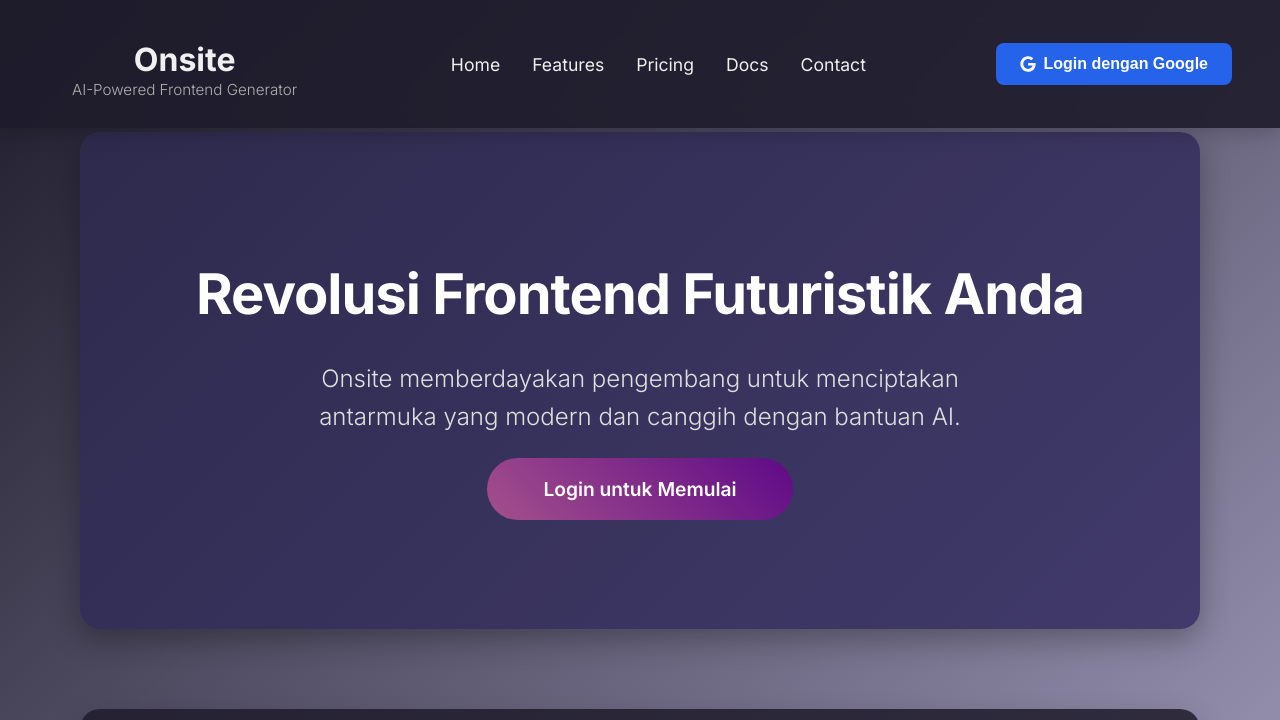
Repository: arifsoul/onsite
Page: / (app in onsite/)
The author's editor kept a copy of each file at every save. The page is drawn from the files as they stood at one save, then again after the next save.
The browser window is 1280 px wide. The pictures show the whole page.
An inner scrolling area shows only its first screen. The project was rebuilt for these pictures with package versions that can differ from the ones it lists, and the page was loaded fresh each time. Also part of the build but not shown: onsite/vite.config.js, onsite/src/components/Editor/CSSPanel.jsx, onsite/src/components/Editor/JSPanel.jsx, onsite/src/components/Editor/ComponentEditor.css, onsite/src/components/Editor/ComponentEditor.jsx, onsite/src/components/Preview/LivePreview.css, onsite/src/components/Preview/LivePreview.jsx, onsite/src/pages/Editor.css and 3 more.

Above is the page before, as saved 2025-04-14 17:57:50.

After the next save:
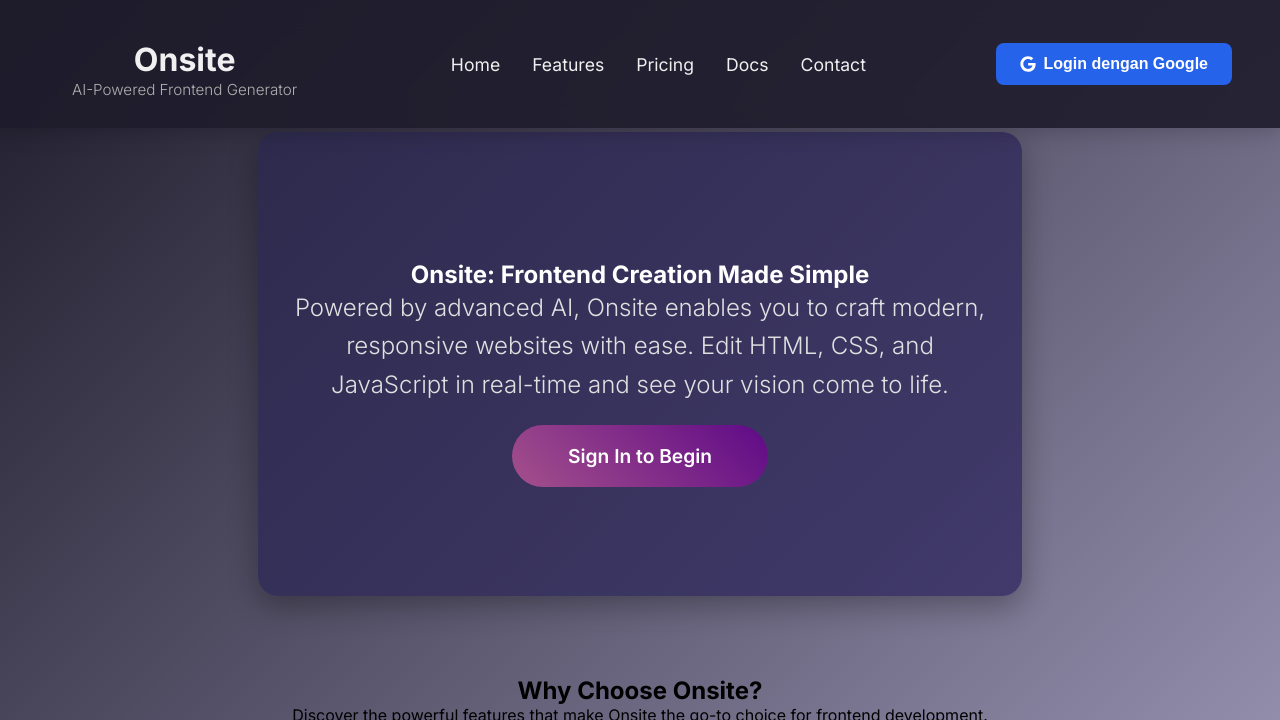
Saved 4 min 11 s later.
--- a/onsite/src/pages/Home.jsx
+++ b/onsite/src/pages/Home.jsx
@@ -7,7 +7,7 @@
 const Home = () => {
   const { isAuthenticated } = useAuth0();
   const [htmlCode, setHtmlCode] = useState('<h1>Hello World</h1>');
-  const [cssCode, setCssCode] = useState('h1 { color: #1e40af; }');
+  const [cssCode, setCssCode] = useState('h1 { color: #ffffff; }');
   const [jsCode, setJsCode] = useState('console.log("Hello World");');
   const [activeTab, setActiveTab] = useState('html');
 
@@ -43,26 +43,50 @@
       </header>
       <main className="home-main">
         <section className="hero-section">
-          <h2>Revolusi Frontend Futuristik Anda</h2>
+          <h1>Onsite: Frontend Creation Made Simple</h1>
           <p>
-            Onsite memberdayakan pengembang untuk menciptakan antarmuka yang modern dan canggih dengan bantuan AI.
+            Powered by advanced AI, Onsite enables you to craft modern, responsive websites with ease. Edit HTML, CSS, and JavaScript in real-time and see your vision come to life.
           </p>
           <Link to={isAuthenticated ? '/editor' : '/login'} className="hero-cta">
-            {isAuthenticated ? 'Mulai Mengedit Sekarang' : 'Login untuk Memulai'}
+            {isAuthenticated ? 'Start Building Now' : 'Sign In to Begin'}
           </Link>
         </section>
-        <section className="description-section">
-          <h2>Kenapa Memilih Onsite?</h2>
-          <p>
-            Dengan menggabungkan kecerdasan buatan dengan teknologi frontend terkini, Onsite menghadirkan solusi responsif dan profesional untuk kebutuhan bisnis Anda.
-          </p>
-          <ul>
-            <li>Generasi kode cepat dan akurat.</li>
-            <li>Edit komponen secara visual dengan antarmuka futuristik.</li>
-            <li>Integrasi yang mulus dengan proyek Anda.</li>
+        <section className="feature-section">
+          <div className="feature-header">
+            <h2>Why Choose Onsite?</h2>
+            <p>Discover the powerful features that make Onsite the go-to choice for frontend development.</p>
+          </div>
+          <ul className="feature-list">
+            <li className="feature-card">
+              <svg xmlns="http://www.w3.org/2000/svg" width="24" height="24" viewBox="0 0 24 24" fill="none" stroke="currentColor" strokeWidth="2" strokeLinecap="round" strokeLinejoin="round" className="feature-icon">
+                <path d="M4 14a1 1 0 0 1-.78-1.63l9.9-10.2a.5.5 0 0 1 .86.46l-1.92 6.02A1 1 0 0 0 13 10h7a1 1 0 0 1 .78 1.63l-9.9 10.2a.5.5 0 0 1-.86-.46l1.92-6.02A1 1 0 0 0 11 14z" />
+              </svg>
+              <h3>Real-Time Editing</h3>
+              <p>Modify HTML, CSS, and JavaScript with instant previews to see changes as you code.</p>
+            </li>
+            <li className="feature-card">
+              <svg xmlns="http://www.w3.org/2000/svg" width="24" height="24" viewBox="0 0 24 24" fill="none" stroke="currentColor" strokeWidth="2" strokeLinecap="round" strokeLinejoin="round" className="feature-icon">
+                <circle cx="6" cy="6" r="3" />
+                <circle cx="18" cy="18" r="3" />
+                <path d="M6 21V9a9 9 0 0 0 9 9" />
+              </svg>
+              <h3>No Coding Barriers</h3>
+              <p>Intuitive interface allows beginners and pros alike to build stunning websites.</p>
+            </li>
+            <li className="feature-card">
+              <svg xmlns="http://www.w3.org/2000/svg" width="24" height="24" viewBox="0 0 24 24" fill="none" stroke="currentColor" strokeWidth="2" strokeLinecap="round" strokeLinejoin="round" className="feature-icon">
+                <path d="M9.937 15.5A2 2 0 0 0 8.5 14.063l-6.135-1.582a.5.5 0 0 1 0-.962L8.5 9.936A2 2 0 0 0 9.937 8.5l1.582-6.135a.5.5 0 0 1 .963 0L14.063 8.5A2 2 0 0 0 15.5 9.937l6.135 1.581a.5.5 0 0 1 0 .964L15.5 14.063a2 2 0 0 0-1.437 1.437l-1.582 6.135a.5.5 0 0 1-.963 0z" />
+              </svg>
+              <h3>Responsive Output</h3>
+              <p>Create websites that look great on any device, from phones to desktops.</p>
+            </li>
           </ul>
         </section>
-        <section className="code-playground">
+        <section className="code-playground" id="generator">
+          <div className="playground-header">
+            <h2>Build Your Website Now</h2>
+            <p>Edit code, preview instantly, and refine your design in one seamless workflow.</p>
+          </div>
           <div className="generator-section">
             <h3>Code Generator</h3>
             <div className="generator-inputs">
@@ -71,7 +95,7 @@
                 <textarea
                   value={htmlCode}
                   onChange={(e) => setHtmlCode(e.target.value)}
-                  placeholder="Masukkan kode HTML..."
+                  placeholder="Enter HTML code..."
                 />
               </div>
               <div className="generator-file">
@@ -79,7 +103,7 @@
                 <textarea
                   value={cssCode}
                   onChange={(e) => setCssCode(e.target.value)}
-                  placeholder="Masukkan kode CSS..."
+                  placeholder="Enter CSS code..."
                 />
               </div>
               <div className="generator-file">
@@ -87,13 +111,13 @@
                 <textarea
                   value={jsCode}
                   onChange={(e) => setJsCode(e.target.value)}
-                  placeholder="Masukkan kode JavaScript..."
+                  placeholder="Enter JavaScript code..."
                 />
               </div>
             </div>
           </div>
           <div className="preview-section">
-            <h3>Preview</h3>
+            <h3>Live Preview</h3>
             <iframe
               srcDoc={iframeCode}
               className="preview-iframe"
@@ -128,21 +152,21 @@
                 <textarea
                   value={htmlCode}
                   onChange={(e) => setHtmlCode(e.target.value)}
-                  placeholder="Masukkan kode HTML..."
+                  placeholder="Enter HTML code..."
                 />
               )}
               {activeTab === 'css' && (
                 <textarea
                   value={cssCode}
                   onChange={(e) => setCssCode(e.target.value)}
-                  placeholder="Masukkan kode CSS..."
+                  placeholder="Enter CSS code..."
                 />
               )}
               {activeTab === 'js' && (
                 <textarea
                   value={jsCode}
                   onChange={(e) => setJsCode(e.target.value)}
-                  placeholder="Masukkan kode JavaScript..."
+                  placeholder="Enter JavaScript code..."
                 />
               )}
             </div>
@@ -151,6 +175,7 @@
       </main>
       <footer className="home-footer">
         <p>© 2025 Onsite. All rights reserved.</p>
+        <a href="mailto:support@onsite.com" className="footer-link">Contact Support</a>
       </footer>
     </div>
   );
